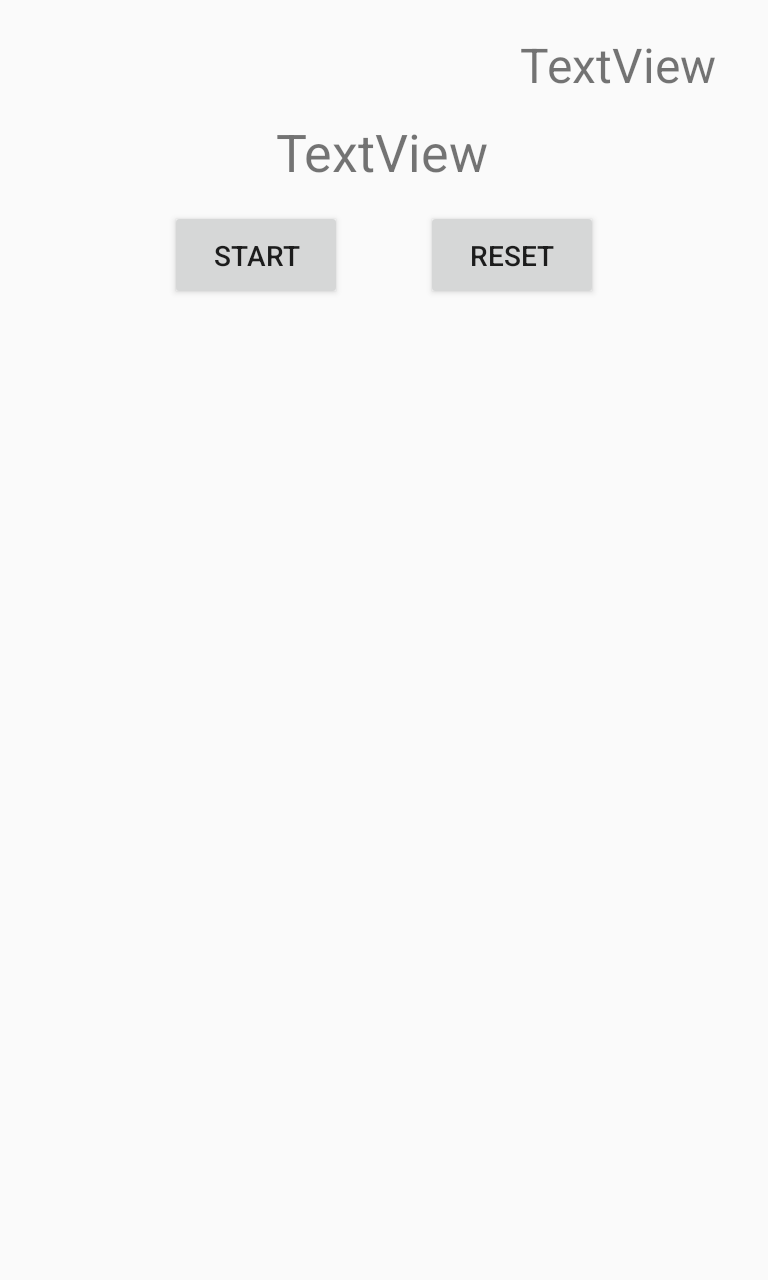
Repository: GitDidNotExitCleanly/AndroidTimer
Layout: StopWatch/res/layout/activity_main.xml
The author's editor kept a copy of each file at every save. The layout is drawn from the files as they stood at one save, then again after the next save.
It is drawn on a 768 x 1280 px phone screen (xhdpi) without system bars, with theme AppTheme; the app's code is not run. Lists and similar views that code fills are empty.

Above is the layout before, as saved 2015-03-04 21:47:07.

After the next save:
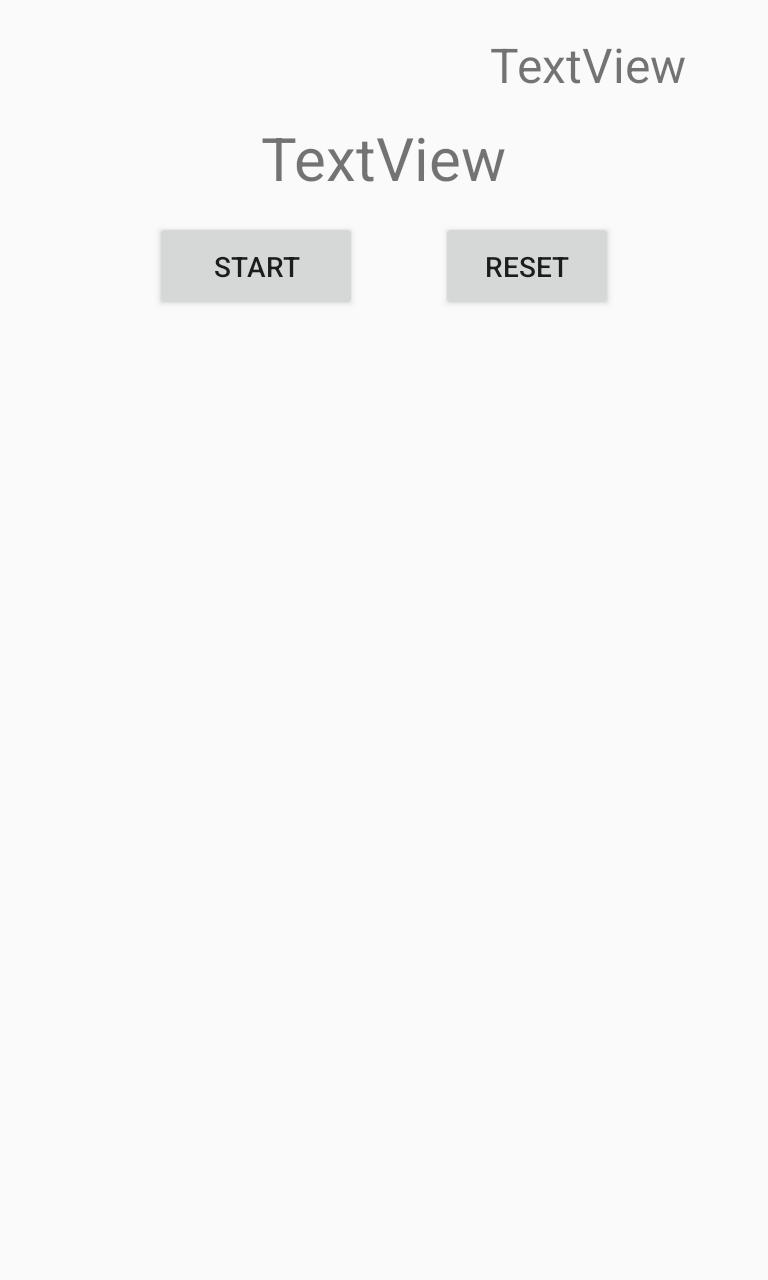
Saved 71 s later.
--- a/StopWatch/res/values/dimens.xml
+++ b/StopWatch/res/values/dimens.xml
@@ -4,6 +4,6 @@
     <dimen name="activity_horizontal_margin">16dp</dimen>
     <dimen name="activity_vertical_margin">16dp</dimen>
     <dimen name="stopwatch_small_time">24sp</dimen>
-    <dimen name="stopwatch_large_time">26sp</dimen>
+    <dimen name="stopwatch_large_time">30sp</dimen>
 
 </resources>
